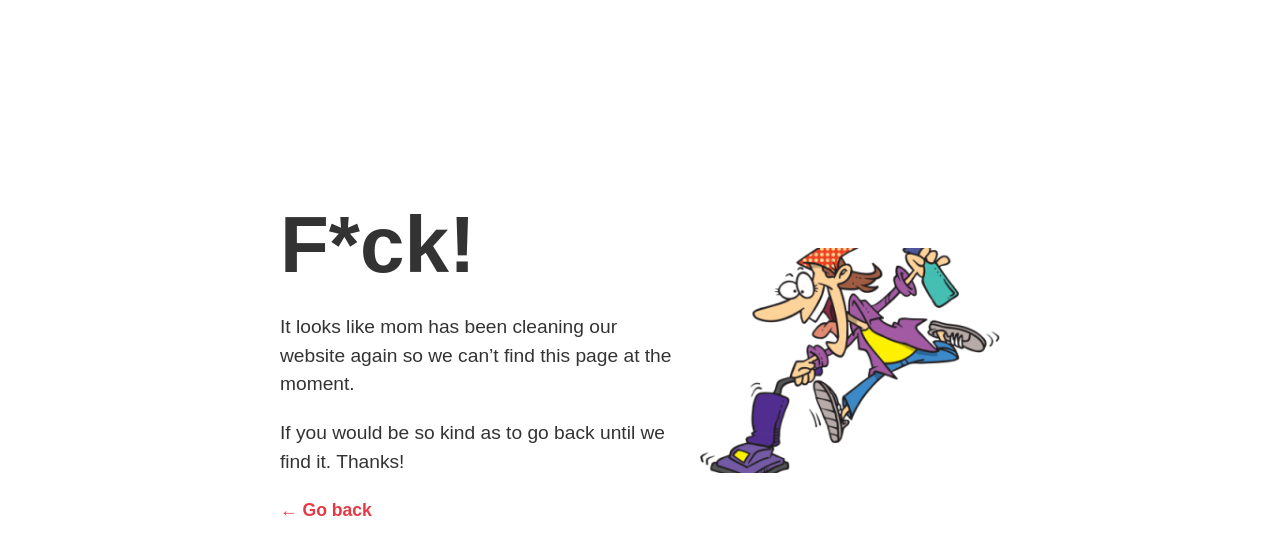
Repository: Davidobi21/macelect
Page: frontend/pages/404.html
An editor plug-in stored every save of this project. The page is shown before and after the next save, followed by the edit.
The browser window is 1280 px wide. The pictures show the whole page.

Above is the page before, as saved 2025-05-01 05:39:18.

### frontend/pages/404.html
<!DOCTYPE html>
<html lang="en">
<head>
  <meta charset="UTF-8">
  <meta name="viewport" content="width=device-width, initial-scale=1.0">
  <title>404 - Page Not Found</title>
  <link href="https://cdn.jsdelivr.net/npm/bootstrap@5.3.0-alpha1/dist/css/bootstrap.min.css" rel="stylesheet">
  <style>
    body {
      display: flex;
      justify-content: center;
      align-items: center;
      height: 100vh;
      margin: 0;
      font-family: 'Arial', sans-serif;
      background-color: #fff;
      color: #333;
    }
    .error-container {
      display: flex;
      align-items: center;
      gap: 20px;
      max-width: 800px;
      text-align: left;
    }
    .error-text {
      max-width: 400px;
    }
    .error-text h1 {
      font-size: 5rem;
      font-weight: bold;
      margin-bottom: 20px;
    }
    .error-text p {
      font-size: 1.2rem;
      margin-bottom: 20px;
    }
    .error-text a {
      color: #e63946;
      text-decoration: none;
      font-weight: bold;
      font-size: 1.1rem;
    }
    .error-text a:hover {
      text-decoration: underline;
    }
    .error-image img {
      max-width: 300px;
      height: auto;
    }
  </style>
</head>
<body>
  <div class="error-container">
    <div class="error-text">
      <h1>F*ck!</h1>
      <p>It looks like mom has been cleaning our website again so we can’t find this page at the moment.</p>
      <p>If you would be so kind as to go back until we find it. Thanks!</p>
      <a href="javascript:history.back()">← Go back</a>
    </div>
    <div class="error-image">
      <img src="../images/98bbecket5t9ksksrgec2m90ed.png" alt="Cleaning Lady">
    </div>
  </div>
</body>
</html>

After the next save:
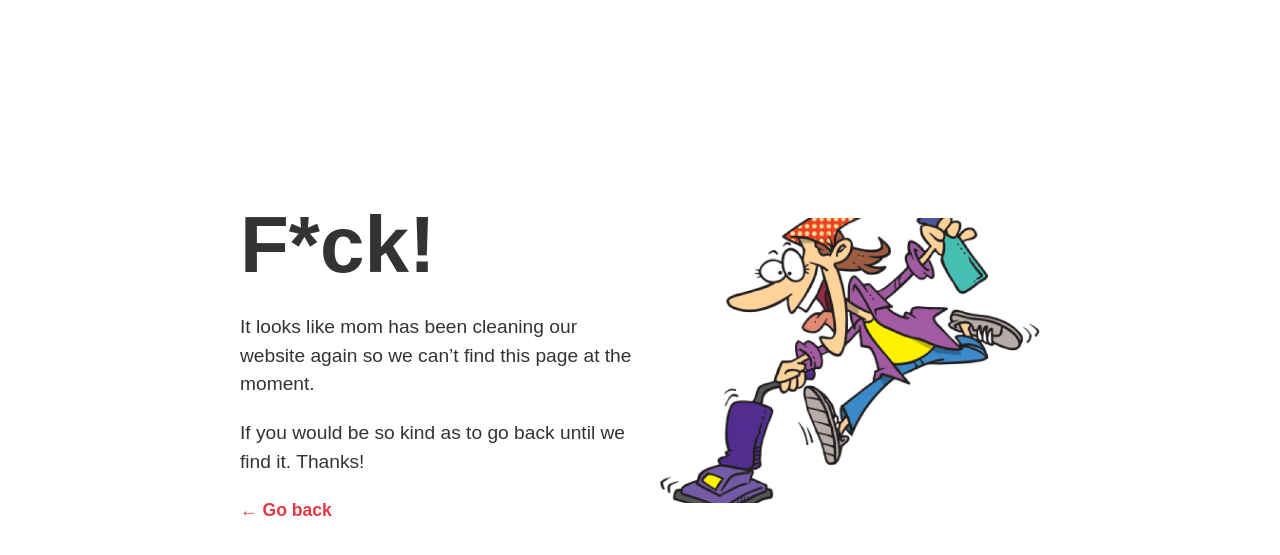
Saved 19 s later.
--- a/frontend/pages/404.html
+++ b/frontend/pages/404.html
@@ -45,7 +45,7 @@
       text-decoration: underline;
     }
     .error-image img {
-      max-width: 300px;
+      max-width: 100%;
       height: auto;
     }
   </style>
